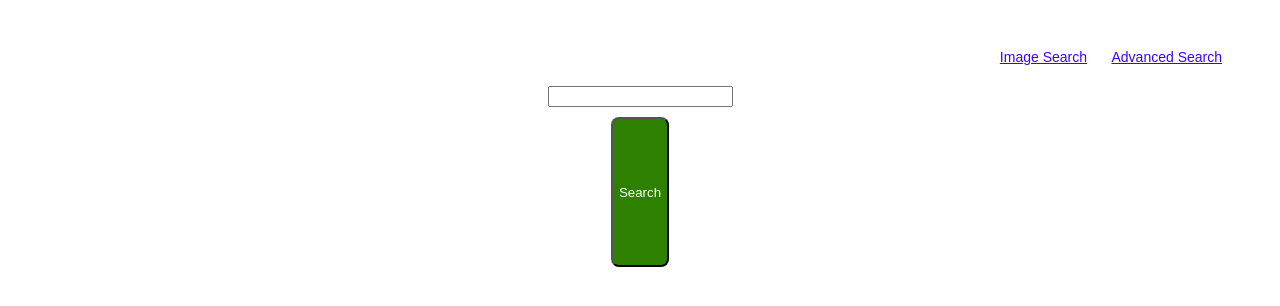
Repository: lyutok/cs50-search-project
Page: google.html
The author's editor kept a copy of each file at every save. The page is drawn from the files as they stood at one save, then again after the next save.
The browser window is 1280 px wide. The pictures show the whole page.
The style sheet was rebuilt from its Sass, Less or Tailwind sources for each picture, by a compiler version that may differ from the author's.

Above is the page before, as saved 2025-07-05 19:16:45.

After the next save:
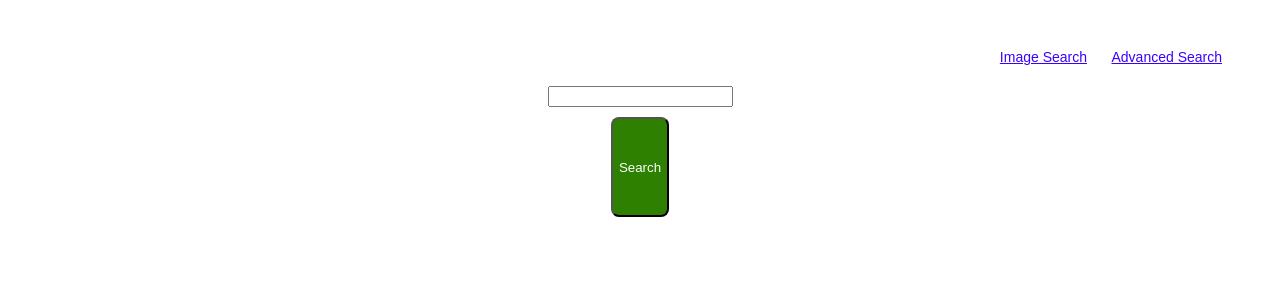
Saved 20 s later.
--- a/styles.scss
+++ b/styles.scss
@@ -22,5 +22,5 @@ button {
     border-radius: 8px;
     background-color: rgb(45, 128, 0);
     color: white;
-    height: 150px;
+    height: 100px;
 }
